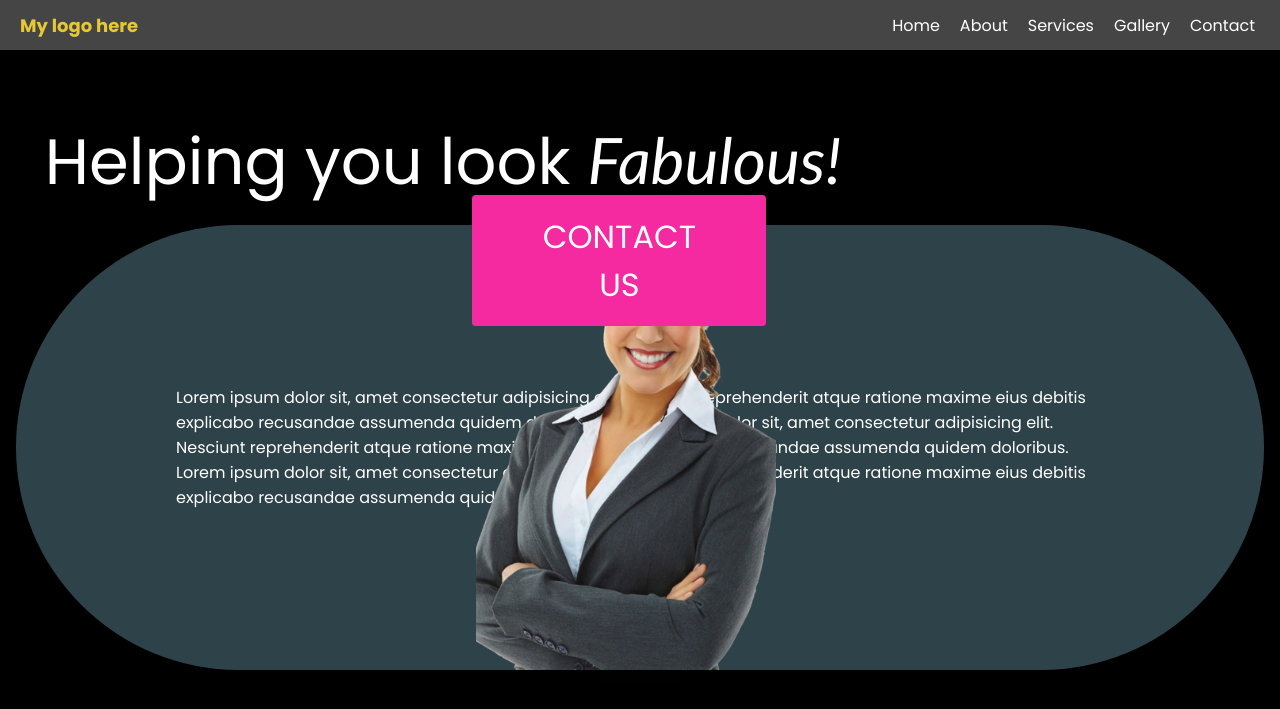
Repository: buzzedison/gardens
Page: index.html
These files come from the project's save history. The page is drawn as it stood at one moment and after the next save; the edit follows.
The browser window is 1280 px wide. The pictures show the whole page.

Above is the page before, as saved 2022-01-12 20:30:37.

### index.html
<!DOCTYPE html>
<html lang="en">
<head>
    <meta charset="UTF-8">
    <meta http-equiv="X-UA-Compatible" content="IE=edge">
    <meta name="viewport" content="width=device-width, initial-scale=1.0">
    <title>B</title>
    <script src="index.js" defer></script>
    <link rel="stylesheet" href="/css/styles.css">
</head>
<body>
    <div>

        <Header>
            <div id="logo"> <a href="/">My logo here</a></div>
            <nav>
<ul>
    <li> <a href="/"> Home</a></li>
    <li> <a href="/"> About</a></li>
    <li> <a href="/"> Services</a></li>
    <li> <a href="/"> Gallery</a></li>
    <li> <a href="/">  Contact</a></li>
</ul>

 </nav>
            <!-- Mobile version -->
            <div id="mobile-icon" onclick="toggleMobileMenu(this)">
                <div class="bar1"></div>
                <div class="bar2"></div>
                <div class="bar3"></div>
                <ul class="mobile-menu">
                  <li><a href="/">Home</a></li>
                  <li><a href="/">About</a></li>
                  <li><a href="/">Services</a></li>
                  <li><a href="/">Gallery</a></li>
                  <li><a href="/">Contact</a></li>

                </ul>
              </div>
        </Header>
        <main class="container">
            <section1>
                <p class="section-title">Helping you look  <span id="fab">Fabulous!</span></p>
                <div class="grid">
                    <div class="grida">
                        <p class="text-grid"><img class ="img" src="images/woman.png">
                            <br/>
                            <a href="/" class="button"> CONTACT US </a>

                    </div>

                    <div class="gridb">
                        <div class="inside">
                        <p class="text-grid">
                        Lorem ipsum dolor sit, amet consectetur adipisicing elit.
                        Nesciunt reprehenderit atque ratione maxime eius
                        debitis explicabo recusandae assumenda quidem doloribus.
                        Lorem ipsum dolor sit, amet consectetur adipisicing elit.
                        Nesciunt reprehenderit atque ratione maxime eius
                        debitis explicabo recusandae assumenda quidem doloribus.
                        Lorem ipsum dolor sit, amet consectetur adipisicing elit.
                        Nesciunt reprehenderit atque ratione maxime eius
                        debitis explicabo recusandae assumenda quidem doloribus.
                    </p>
                </div>
                    </div>
                </div>
            </section1>

        </main>
    </div>
</body>
</html>

### css/styles.css
@import url("https://fonts.googleapis.com/css2?family=Poppins:wght@400;700&display=swap");

* {
  padding: 0;
  margin: 0;
  box-sizing: border-box;
}

body {
  color: black;
  font-family: "Poppins", sans-serif;
  background-color:black;
}

header a {
  text-decoration: none;
}

header {
  padding: 0 20px;
  background-color: #444544;
  height: 50px;
  display: flex;
  justify-content: space-between;
}

#logo {
  font-weight: bold;
  font-size: 18px;
  display: flex;
  align-items: center;
}

#logo a {
  color: #e6c834;
}

ul {
  list-style: none;
  height: 100%;
  display: flex;
  align-items: center;
  justify-content: space-around;
}

ul a {
  color: white;
}

ul li {
  padding: 5px;
  margin-left: 10px;
}

ul li:hover {
  transform: scale(1.1);
  transition: 0.3s;
}




#mobile-icon {
  margin: auto 0;
  display: none;
  cursor: pointer;
}

#mobile-icon div {
  width: 35px;
  height: 3px;
  background-color: white;

  margin: 6px 0;
  transition: 0.4s;
}

.open .bar1 {
  -webkit-transform: rotate(-45deg) translate(-6px, 6px);
  transform: rotate(-45deg) translate(-6px, 6px);
}

.open .bar2 {
  opacity: 0;
}

.open .bar3 {
  -webkit-transform: rotate(45deg) translate(-6px, -8px);
  transform: rotate(45deg) translate(-6px, -8px);
}

.open .mobile-menu {
  display: flex;
  flex-direction: column;
  align-items: center;
  justify-content: flex-start;
}

.mobile-menu {
  display: none;
  position: absolute;
  top: 50px;
  left: 0;
  height: calc(100vh - 50px);
  width: 100%;

}

.mobile-menu li {
  margin-bottom: 10px;

}

@media only screen and (max-width: 600px) {
  header nav {
    display: none;
  }

  #mobile-icon {
    display: block;
  }
}


.section-title{
  color: white;
  font-size: 4em;
  padding-top: 1em;
  padding-left: 0.7em;


}

#fab {
  font-family: 'Trebuchet MS', 'Lucida Sans Unicode', 'Lucida Grande', 'Lucida Sans', Arial, sans-serif;
  font-style: italic;
}


.grid > div{
   padding:1em;
   background-color:rgba(255, 235, 205, 0);
}

.grid > div:nth-child(odd){
  background-color:rgba(255, 248, 220, 0.003);


}

.grid{
  display:grid;
  grid-template-columns: 40% 60%;
  /* seperating columns */
  grid-column-gap: -40em;
  box-sizing: border-box;
  place-items: center;

  /* browser automatically breaks when it gets to 300px */
  grid-template-columns: repeat(auto-fit, minmax(300px, 1fr));

}

.text-grid {
  padding: 10em;
  color:white;





}

.grida{
  align-self: end;
  /* justify-self: end; */
  width:5em;
  position:absolute;

}



/* Buttons  */

a.button{
  display:inline-block;
  padding:0.55em 2.2em;
  border:none;
  margin:0 0.3em 0.3em 0;
  border-radius:0.12em;
  box-sizing: border-box;
  text-decoration:none;
  background-color:#F62AA0;
  float:right;

  font-weight:400;
  font-size:2em;
  color:#FFFFFF;
  text-align:center;
  transition: all 0.2s;



  }

  @media only screen and (max-width: 600px){
    a.button{
      display:inline-block;
      padding:0.45em 1.8em;
      border:none;
      /* margin:0 0.1em 0.3em 0; */
      border-radius:0.12em;
      box-sizing: border-box;
      text-decoration:none;
      background-color:#F62AA0;
      float:left;

      font-weight:400;
      font-size:1.5em;
      color:#FFFFFF;
      text-align:center;
      transition: all 0.2s;
    }
  }
  a.button1:hover{
  color:#000000;
  background-color:#FFFFFF;
  }
  @media all and (max-width:30em){
  a.button1{
  display:block;
  margin:0.4em auto;

  }
  }

  .img {
    float:right;

  }


  .inside {

    width: 100%;
   height: 100%;
   background: #2E4249;
   -moz-border-radius: 70px;
   -webkit-border-radius: 70px;
   border-radius: 500px;
    transition: all 1s ease;

  }
  .inside:hover {
    background: #3b5159;
  }

Loaded but not shown: index.js (common file)

After the next save:
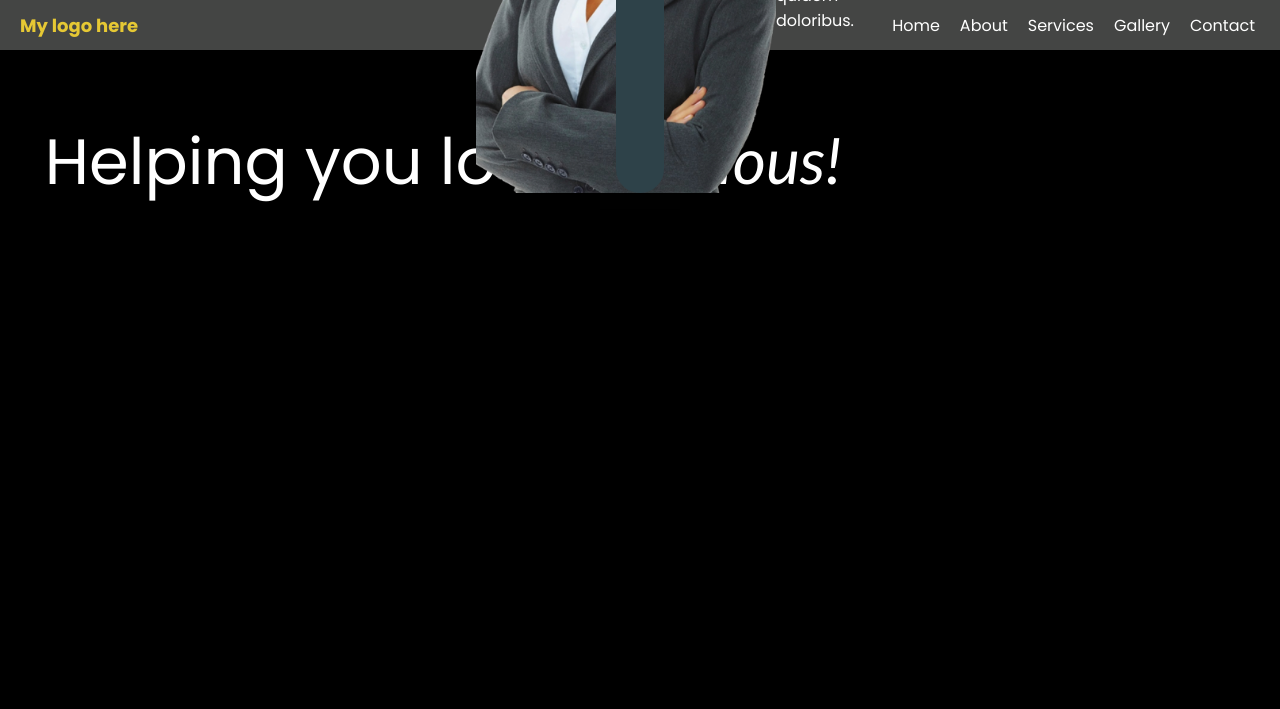
Saved 27 s later.
--- a/css/styles.css
+++ b/css/styles.css
@@ -179,6 +179,13 @@ ul li:hover {
 
 }
 
+.gridb{
+  align-self: end;
+  /* justify-self: end; */
+  width:5em;
+  position:absolute;
+
+}
 
 
 /* Buttons  */
